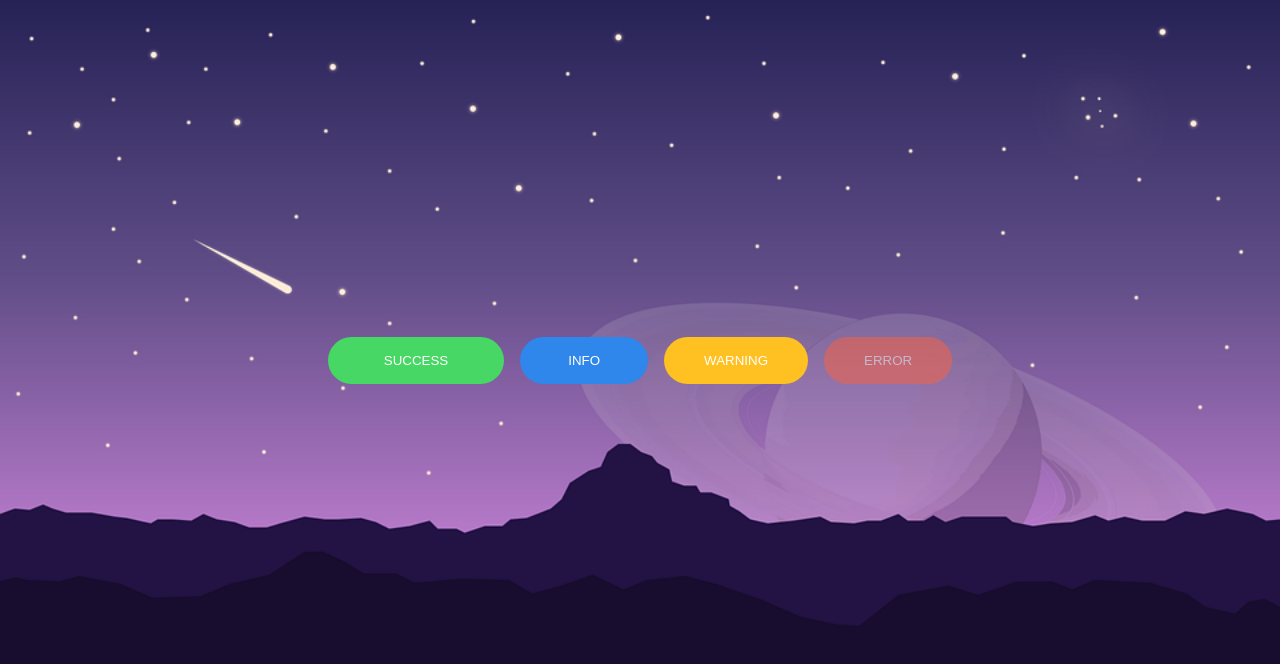
Repository: hoangtranduchai/toast-message
Page: index.html
The author's editor kept a copy of each file at every save. The page is drawn from the files as they stood at one save, then again after the next save.
The browser window is 1280 px wide. The pictures show the whole page.
Some web libraries are served in a nearby version.

Above is the page before, as saved 2021-08-18 17:08:45.

### index.html
<!DOCTYPE html>
<html lang="en">
<head>
    <meta charset="UTF-8">
    <meta http-equiv="X-UA-Compatible" content="IE=edge">
    <meta name="viewport" content="width=device-width, initial-scale=1.0">
    <title>Button & Toast</title>
    <link rel="stylesheet" href="./assets/css/style.css">
    <link rel="stylesheet" href="./assets/css/responsive.css">
    <link rel="stylesheet" href="https://pro.fontawesome.com/releases/v5.10.0/css/all.css" integrity="sha384-AYmEC3Yw5cVb3ZcuHtOA93w35dYTsvhLPVnYs9eStHfGJvOvKxVfELGroGkvsg+p" crossorigin="anonymous"/>
</head>
<body>
    <div id="main">
        <div id="toast"></div>

        <!-- Begin: Button -->
        <button onclick="showSuccessToast();" class="btn btn--success btn--size-l">Success</button>
        <button onclick="showInfoToast();" class="btn btn--info">Info</button>
        <button onclick="showWarningToast();" class="btn btn--warn btn-size-s">Warning</button>
        <button class="btn btn--error btn--disabled btn-size-s">Error</button>
        <!-- End: Button -->

    </div>

    <script>
        // Toast function
        function toast({
            title = "",
            message = "",
            type = "info",
            duration = 3000
        }) {
            const main = document.getElementById("toast");
            if (main) {
                const toast = document.createElement("div");

                // Auto remove toast
                const autoRemoveId = setTimeout(function () {
                    main.removeChild(toast);
                }, duration + 1000);

                // Remove toast when clicked
                toast.onclick = function (e) {
                if (e.target.closest(".toast__close")) {
                    main.removeChild(toast);
                    clearTimeout(autoRemoveId);
                }
                };

                const icons = {
                    success: "fas fa-check-circle",
                    info: "fas fa-info-circle",
                    warning: "fas fa-exclamation-circle"
                };
                const icon = icons[type];
                const delay = (duration / 1000).toFixed(2);

                toast.classList.add("toast", `toast--${type}`);
                toast.style.animation = `slideInLeft ease .4s, faceOut linear 1s ${delay}s forwards`;

                toast.innerHTML = `
                    <div class="toast__icon">
                        <i class="${icon}"></i>
                    </div>
                    <div class="toast__body">
                        <h3 class="toast__title">${title}</h3>
                        <p class="toast__msg">${message}</p>
                    </div>
                    <div class="toast__close">
                        <i class="fas fa-times"></i>
                    </div>
                `;
                main.appendChild(toast);
            }
        }

        function showSuccessToast() {
            toast({
                title: 'Success',
                message: 'Lorem ipsum dolor, sit amet consectetur adipisicing elit.',
                type: 'success',
                duration: 5000
            })
        }

        function showInfoToast() {
            toast({
                title: 'Info',
                message: 'Lorem ipsum dolor, sit amet consectetur adipisicing elit.',
                type: 'info',
                duration: 5000
            })
        }

        function showWarningToast() {
            toast({
                title: 'Warning',
                message: 'Lorem ipsum dolor, sit amet consectetur adipisicing elit.',
                type: 'warning',
                duration: 5000
            })
        }
    </script>
</body>
</html>

### assets/css/style.css
* {
  padding: 0;
  margin: 0;
  box-sizing: border-box;
}

body {
  height: 100vh;
  display: flex;
  flex-direction: row;
  font-family: "Helvetica Neue";
  background: url('../img/background/background1.jpg') 100% center / cover no-repeat;
}

body > div {
  margin: auto;
}

#main {
  display: flex;
  justify-content: center;
  flex-wrap: wrap;
}

/* Button */

.btn {
  display: inline-block;
  text-decoration: none;
  border: none;
  background: transparent;
  outline: none;
  color: #fff;
  text-transform: uppercase;
  padding: 12px 48px;
  border-radius: 50px;
  cursor: pointer;
  min-width: 120px;
  transition: opacity .2s ease;
}

.btn:hover {
  opacity: 0.8;
}

.btn + .btn {
  margin-left: 16px;
}

.btn--success {
  background: #47d764;
}

.btn--info {
  background: #2f86eb;
}

.btn--warn {
  background: #ffc021;
}

.btn--error {
  background: #ff623d;
}

.btn--disabled {
  opacity: .5 !important;
  cursor: default;
}

.btn--size-l {
  padding: 16px 56px;
}

.btn-size-s {
  padding: 8px 40px;
}


/* Toast */
#toast {
  position: fixed;
  top: 32px;
  right: 32px;
  z-index: 999999;
}

.toast {
  display: flex;
  align-items: center;
  background: #fff;
  border-radius: 4px;
  padding: 20px 0;
  min-width: 400px;
  max-width: 450px;
  border-left: 4px solid;
  box-shadow: 0 5px 8px rgba(0, 0, 0, 0.08);
  transition: all linear 0.4s;
}

@keyframes slideInLeft {
  from {
    opacity: 0;
    transform: translateX(calc(100% + 32px));
  }
  to {
    opacity: 1;
    transform: translateX(0);
  }
}

@keyframes faceOut {
  to {
    opacity: 0;
  }
}

.toast--success {
  border-color: #47d764;
}

.toast--success .toast__icon {
  color: #47d764;
}

.toast--info {
  border-color: #2f86eb;
}

.toast--info .toast__icon {
  color: #2f86eb;
}

.toast--warning {
  border-color: #ffc021;
}

.toast--warning .toast__icon {
  color: #ffc021;
}

.toast + .toast {
  margin-top: 24px;
}

.toast__icon {
  font-size: 24px;
}

.toast__icon,
.toast__close {
  padding: 0 16px;
}

.toast__body {
  flex-grow: 1;
}

.toast__title {
  font-size: 16px;
  font-weight: 600;
  color: #333;
}

.toast__mess {
  font-size: 14px;
  color: #888;
  margin-top: 6px;
  line-height: 1.5;
}

.toast__close {
  font-size: 24px;
  color: rgba(0, 0, 0, 0.3);
  cursor: pointer;
}

.toast__close:hover {
  opacity: 0.6;
}

### assets/css/responsive.css
/* PC */
@media (min-width: 64em) {

}

/* PC & Tablet */
@media (min-width: 46.25em) {

}

/* Tablet */
@media (min-width: 46.25em) and (max-width: 63.9375em) {

}

/* Tablet & Mobile */
@media (max-width: 63.9375em) {
    .btn {
        padding: 16px 48px;
    }

    .btn-size-s {
        padding: 14px 40px;
    }

    .btn--size-l {
        padding: 18px 56px;
    }
}

/* Mobile */
@media (max-width: 46.1875em) {

}

After the next save:
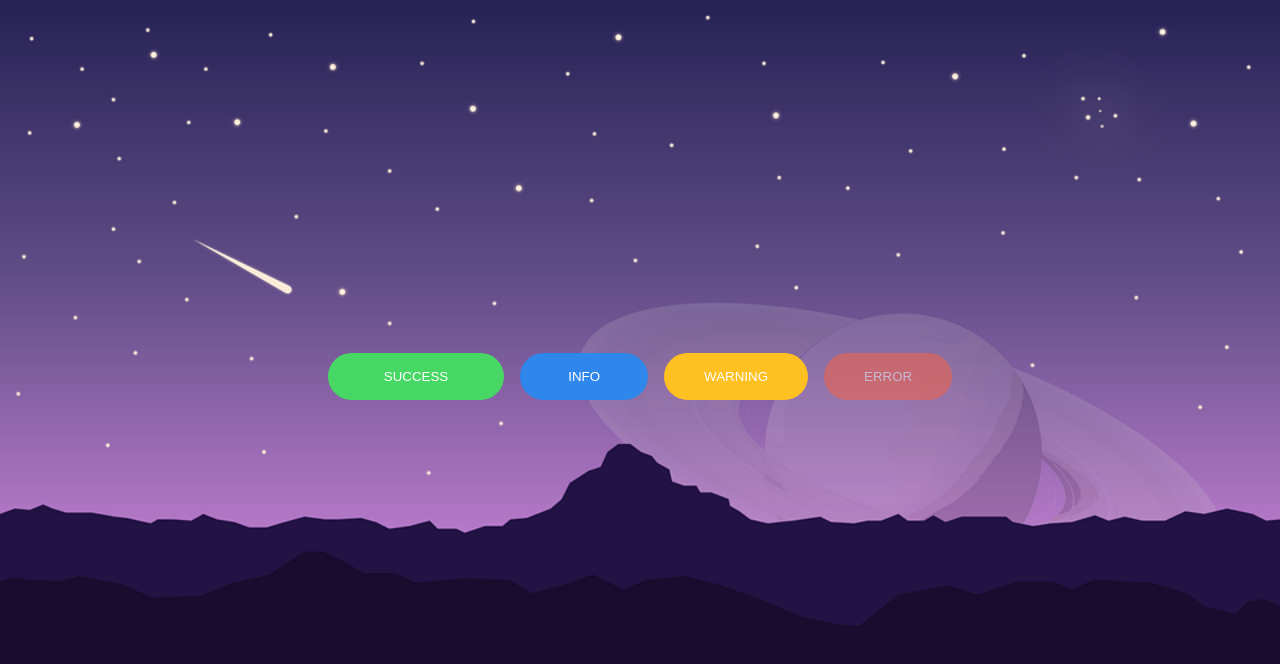
Saved 101 s later.
--- a/assets/css/style.css
+++ b/assets/css/style.css
@@ -37,6 +37,7 @@
   cursor: pointer;
   min-width: 120px;
   transition: opacity .2s ease;
+  margin-top: 32px;
 }
 
 .btn:hover {

After the 3 saves that followed:
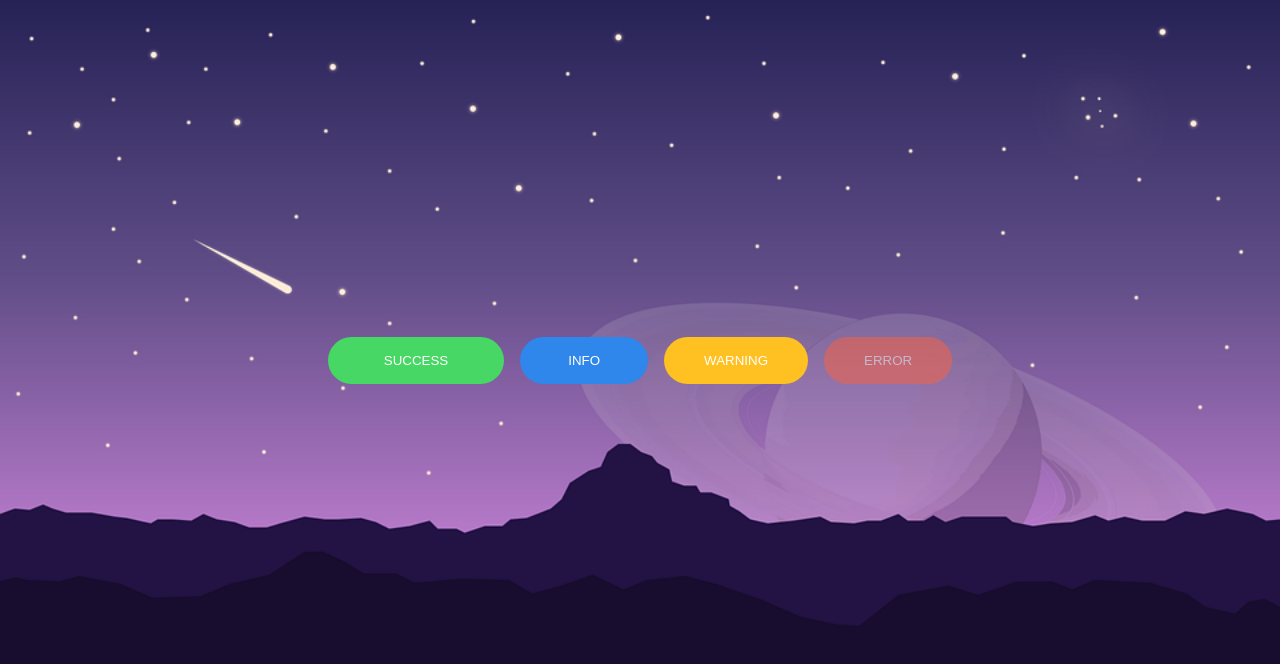
The 3 saves are shown as one change because 1 left the picture as it was and some came seconds apart.
The last was saved 79 s later.
--- a/assets/css/style.css
+++ b/assets/css/style.css
@@ -37,7 +37,6 @@
   cursor: pointer;
   min-width: 120px;
   transition: opacity .2s ease;
-  margin-top: 32px;
 }
 
 .btn:hover {
